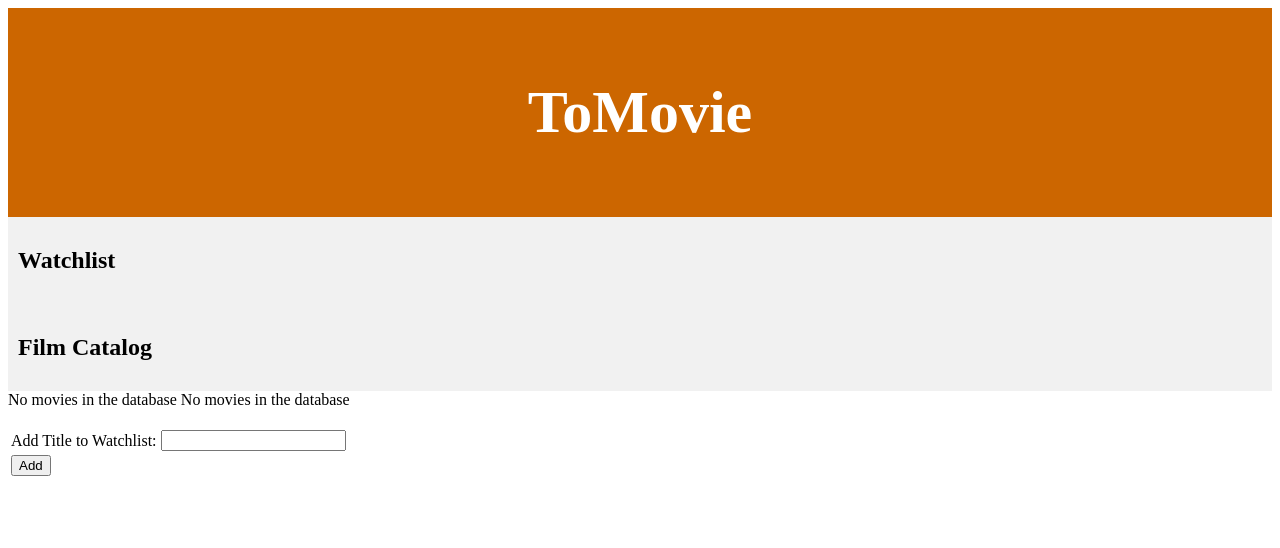
Repository: dannie-su-sjsu/CS157A-team6
Page: http://localhost/ToMovie/movie.jsp
The author's editor kept a copy of each file at every save. The page is drawn from the files as they stood at one save, then again after the next save.
The browser window is 1280 px wide. The pictures show the whole page.
The page is served by Tomcat 9. Queries for data that is not in the repository find no rows.

Above is the page before, as saved 2023-07-16 04:20:19.

After the next save:
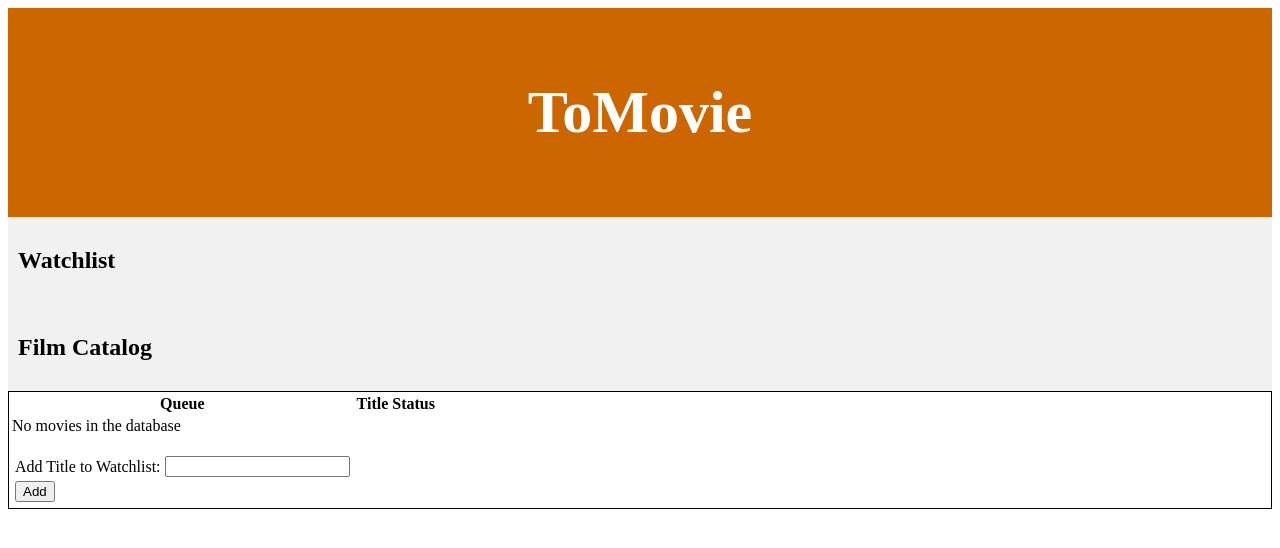
Saved 87 s later.
--- a/ToMovie/src/main/webapp/movie.jsp
+++ b/ToMovie/src/main/webapp/movie.jsp
@@ -22,12 +22,8 @@ Connection con = DriverManager.getConnection("jdbc:mysql://localhost:3306/cs157a
 <%
 //*** DISPLAYING WATCHLIST ***///
 try{
-	PreparedStatement displayW = con.prepareStatement("SELECT * FROM cs157aprojectteam6.Movie");
-	ResultSet showDisplayW = displayW.executeQuery();
-	if(showDisplayW.next()==false){
-		out.println("No movies in the database");
-	}
-	else{%>
+	PreparedStatement displayW = con.prepareStatement("SELECT * FROM cs157aprojectteam6.WatchList");
+	ResultSet showDisplayW = displayW.executeQuery();%>
 		<div class= "table_mod1">
 			<table>
 			<tr><th>Queue</th><th>Title</th><th>Status</th></tr> <%
@@ -37,7 +33,6 @@ try{
 			}while(showDisplayW.next());%>
 			</table>
 		</div><%
-	}
 }
 catch(Exception e){
 	e.getStackTrace();
